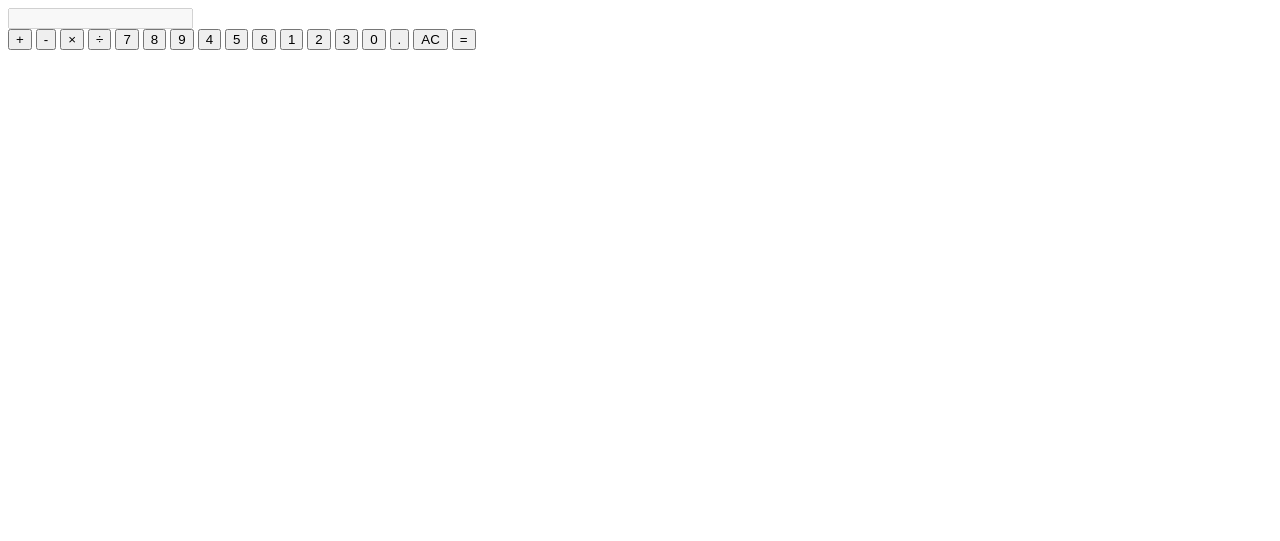
Repository: bzorufchi/tamrin-javascript
Page: Calculator .html
An editor plug-in stored every save of this project. The page is shown before and after a run of saves, followed by the edit.
The browser window is 1280 px wide. The pictures show the whole page.

Above is the page before, as saved 2024-01-06 11:29:37.

After the next 6 saves:
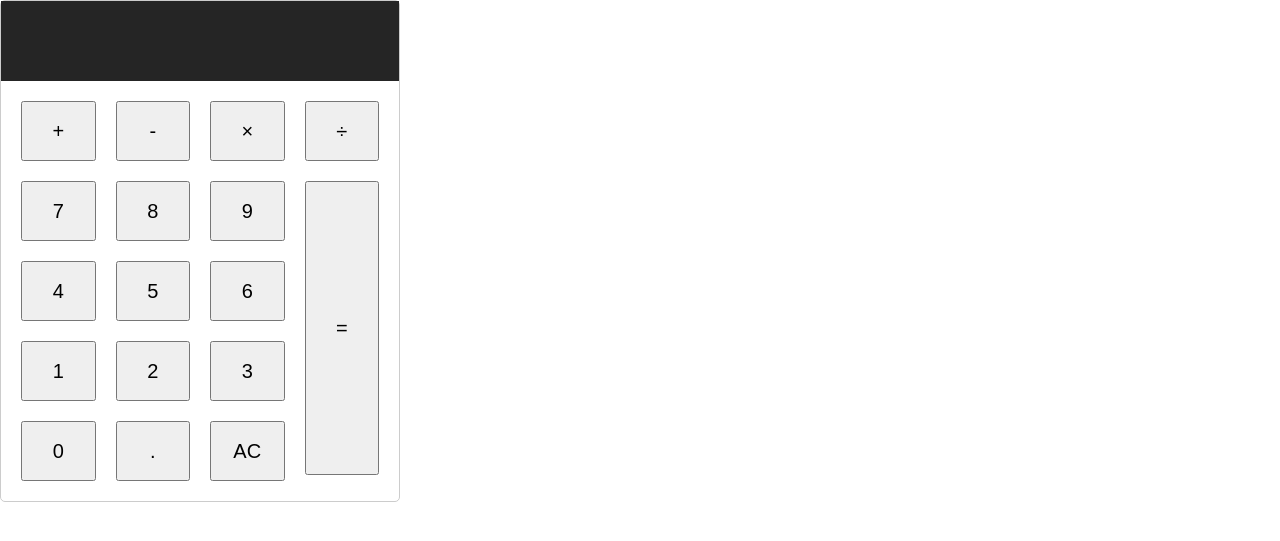
The 6 saves are shown as one change because they came seconds apart.
The last was saved 24 s later.
--- a/Calculator .html
+++ b/Calculator .html
@@ -5,6 +5,55 @@
     <meta name="viewport" content="width=device-width, initial-scale=1.0">
     <title>Document</title>
     <link href="./Calculator .js" rel="stylesheet">
+    <style>
+        html {
+  font-size: 62.5%;
+  box-sizing: border-box;
+}
+
+*,
+*::before,
+*::after {
+  margin: 0;
+  padding: 0;
+  box-sizing: inherit;
+}
+
+.calculator {
+  border: 1px solid #ccc;
+  border-radius: 5px;
+  width: 400px;
+}
+
+.calculator-screen {
+  width: 100%;
+  height: 80px;
+  border: none;
+  background-color: #252525;
+  color: #fff;
+  text-align: right;
+  padding-right: 20px;
+  padding-left: 10px;
+  font-size: 4rem;
+}
+
+button {
+  height: 60px;
+  font-size: 2rem!important;
+}
+
+.equal-sign {
+  height: 98%;
+  grid-area: 2 / 4 / 6 / 5;
+}
+
+.calculator-keys {
+  display: grid;
+  grid-template-columns: repeat(4, 1fr);
+  grid-gap: 20px;
+  padding: 20px;
+}
+    </style>
 </head>
 <body>
     <div class="calculator card">
